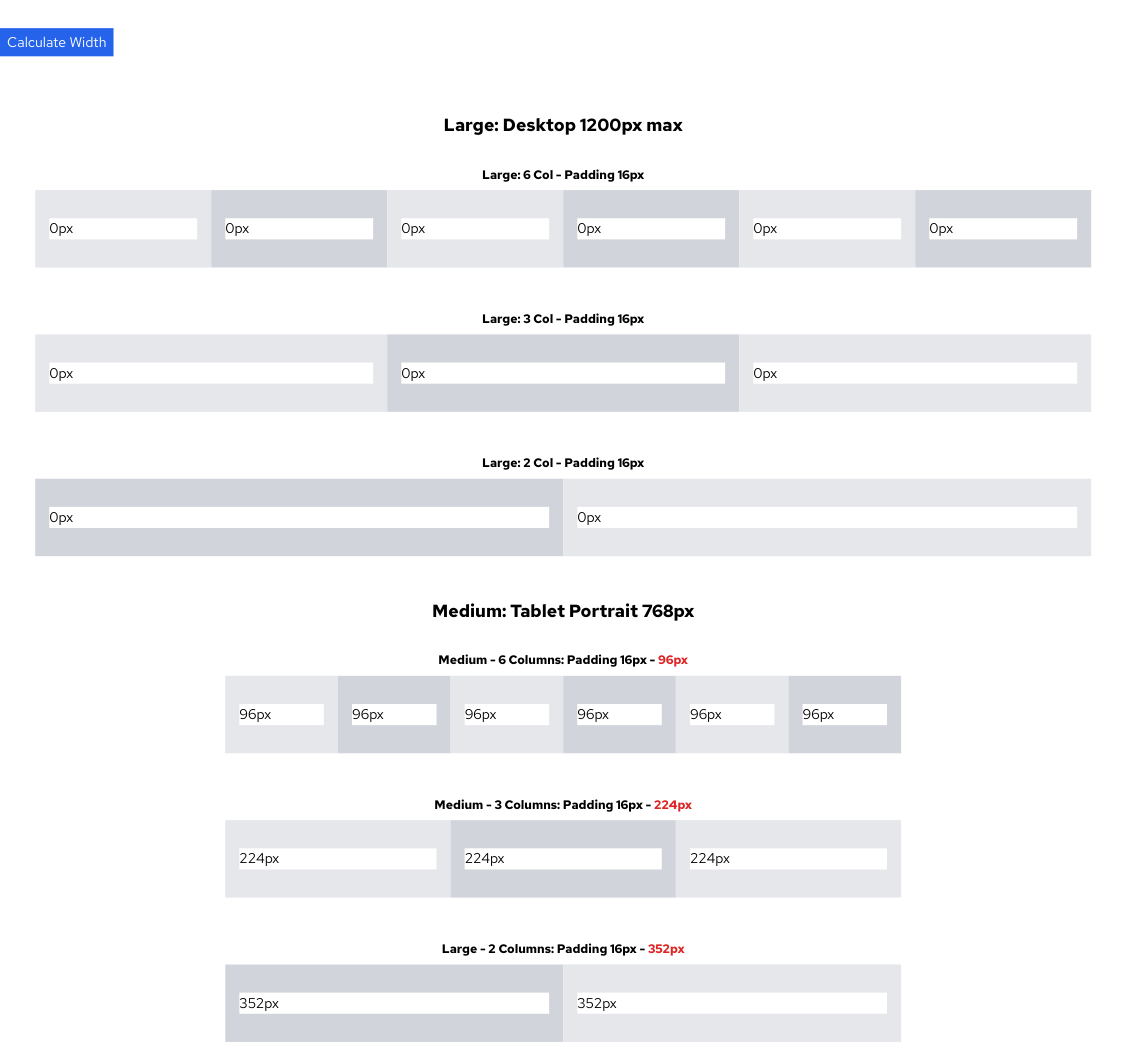
Repository: fabianwurk/vue-tailwind
Page: /
The author's editor kept a copy of each file at every save. The page is drawn from the files as they stood at one save, then again after the next save.
The browser window is 1280 px wide. The pictures show the whole page, at 88% of full size.
The project was rebuilt for these pictures with package versions that can differ from the ones it lists, and the page was loaded fresh each time. Also part of the build but not shown: vite.config.js.

Above is the page before, as saved 2021-03-16 22:10:36.

After the next save:
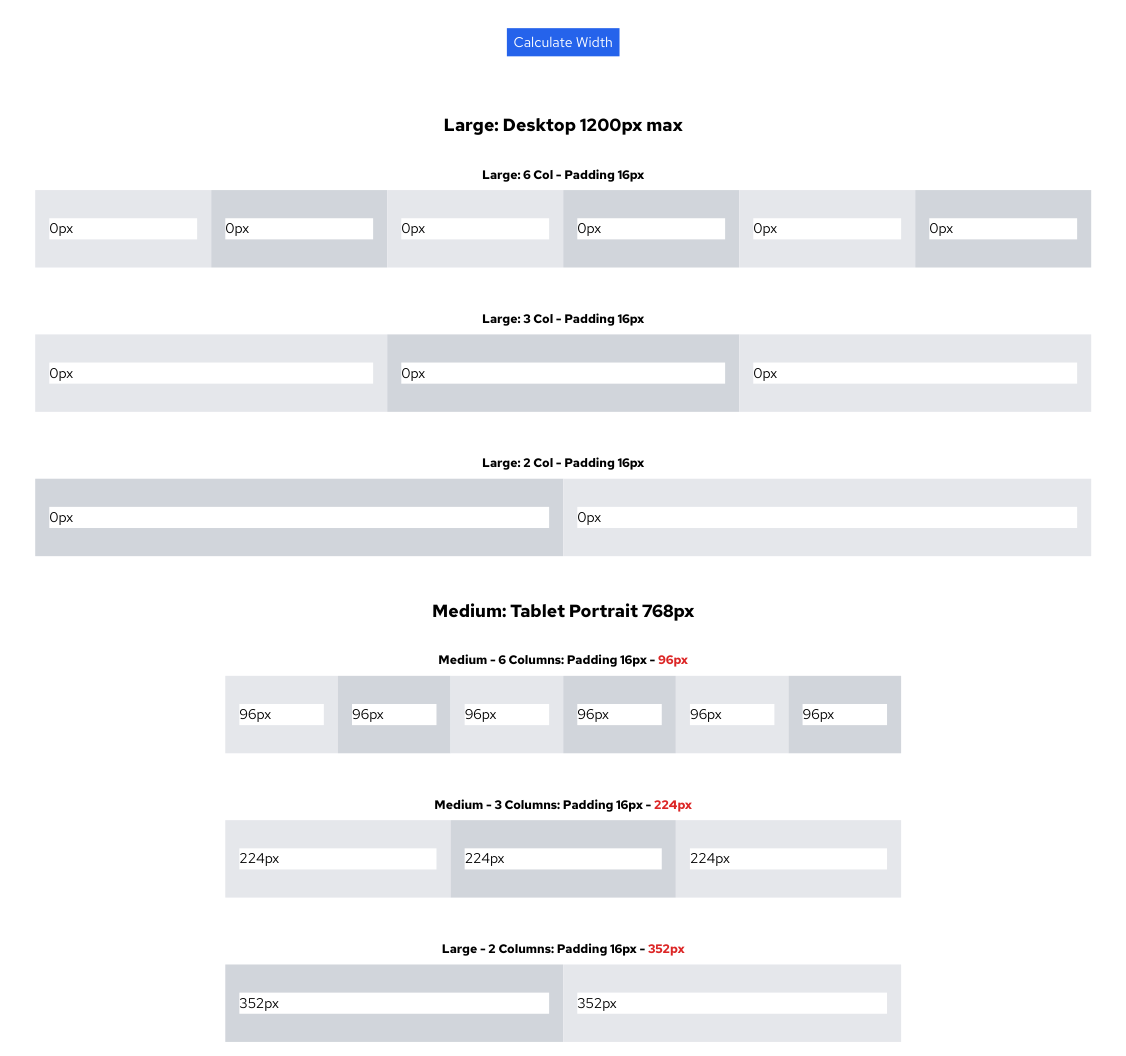
Saved 30 s later.
--- a/src/components/Large.vue
+++ b/src/components/Large.vue
@@ -1,6 +1,8 @@
 <template>
   <div>
-  <button class="bg-blue-600 text-white px-2 py-1 my-8 text-center" @click="calculateWidth()">Calculate Width</button>
+  <div class="flex justify-center">
+    <button class="bg-blue-600 text-white px-2 py-1 my-8" @click="calculateWidth()">Calculate Width</button>
+  </div>
   <h1 class="text-xl font-bold mb-2 mt-8 text-center">Large: Desktop 1200px max</h1>
   <div class="container mx-auto">
     <h2 class="text-sm font-bold mb-2 mt-8 text-center">Large: 6 Col - Padding 16px</h2>
